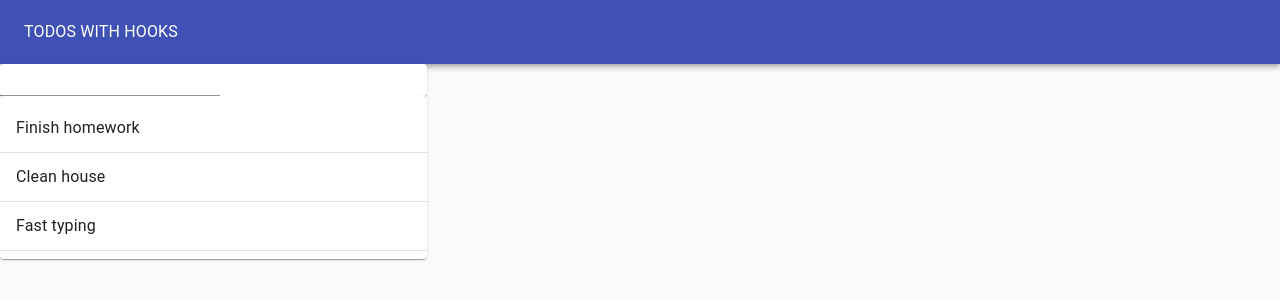
Repository: fulman/todo
Page: /
The author's editor kept a copy of each file at every save. The page is drawn from the files as they stood at one save, then again after the next save.
The browser window is 1280 px wide. The pictures show the whole page.
The project was rebuilt for these pictures with package versions that can differ from the ones it lists, and the page was loaded fresh each time.

Above is the page before, as saved 2020-09-27 13:15:51.

### src/App.js
import React from "react";
import TodoApp from "./TodoApp";

function App() {
  return <TodoApp />;
}

export default App;

### src/TodoApp.js
import React, { useState } from "react";
import Typography from "@material-ui/core/Typography";
import Paper from "@material-ui/core/Paper";
import AppBar from "@material-ui/core/AppBar";
import Toolbar from "@material-ui/core/Toolbar";
import Grid from "@material-ui/core/Grid";
import TodoList from "./TodoList";
import TodoForm from "./TodoForm";

function TodoApp() {
  const initialTodos = [
    { id: 1, task: "Finish homework", completed: false },
    { id: 2, task: "Clean house", completed: true },
    { id: 3, task: "Fast typing", completed: false },
  ];
  const [todos, setTodos] = useState(initialTodos);
  const addTodo = (newTodoText) => {
    setTodos([...todos, { id: 4, task: newTodoText, completed: false }]);
  };
  return (
    <Paper
      style={{
        padding: 0,
        margin: 0,
        height: "100vh",
        backgroundColor: "#fafafa",
      }}
      elevation={0}
    >
      <AppBar color="primary" position="static" style={{ height: "64px" }}>
        <Toolbar>
          <Typography color="inherit">TODOS WITH HOOKS</Typography>
        </Toolbar>
      </AppBar>
      <Grid container>
        <Grid item xs={11} md={8} lg={4} justify="center">
          <TodoForm addTodo={addTodo} />
          <TodoList todos={todos} />
        </Grid>
      </Grid>
    </Paper>
  );
}

export default TodoApp;

### src/TodoList.js
import React from "react";
import Paper from "@material-ui/core/Paper";
import List from "@material-ui/core/List";
import ListItem from "@material-ui/core/ListItem";
import ListItemText from "@material-ui/core/ListItemText";
import Divider from "@material-ui/core/Divider";

function TodoList(props) {
  return (
    <Paper>
      <List>
        {props.todos.map((todo) => (
          <>
            <ListItem>
              <ListItemText>{todo.task}</ListItemText>
            </ListItem>
            <Divider />
          </>
        ))}
      </List>
    </Paper>
  );
}

export default TodoList;

### src/TodoForm.js
import React from "react";
import Paper from "@material-ui/core/Paper";
import TextField from "@material-ui/core/TextField";
import useInputState from "./hooks/useInputState";

function TodoForm({ addTodo }) {
  const [value, handleChange, reset] = useInputState("");
  return (
    <Paper>
      <form
        onSubmit={(e) => {
          e.preventDefault();
          addTodo(value);
          reset();
        }}
      >
        <TextField value={value} onChange={handleChange} />
      </form>
    </Paper>
  );
}
export default TodoForm;

### src/hooks/useInputState.js
import { useState } from "react";

export default (initialValue) => {
  const [value, setValue] = useState(initialValue);
  const handleChange = (e) => {
    setValue(e.target.value);
  };
  const reset = () => {
    setValue("");
  };
  return [value, handleChange, reset];
};

Loaded but not shown: public/index.html (common file); src/index.js (common file); src/index.css (common file); src/serviceWorker.js (common file)

After the next save:
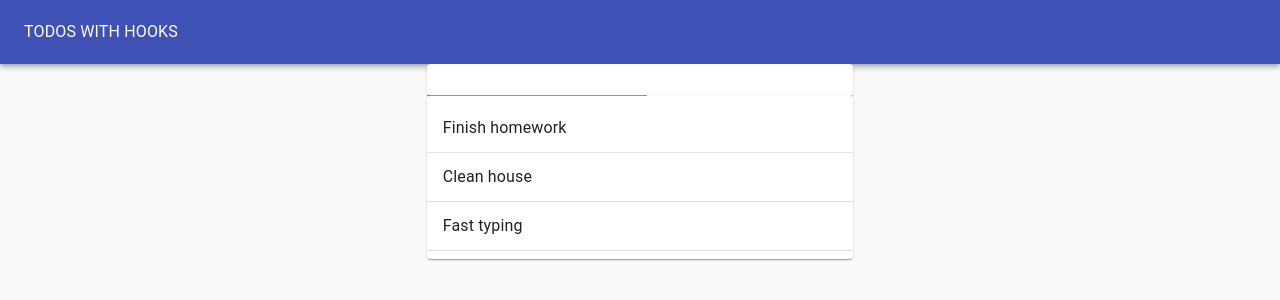
Saved 23 s later.
--- a/src/TodoApp.js
+++ b/src/TodoApp.js
@@ -32,8 +32,8 @@ function TodoApp() {
           <Typography color="inherit">TODOS WITH HOOKS</Typography>
         </Toolbar>
       </AppBar>
-      <Grid container>
-        <Grid item xs={11} md={8} lg={4} justify="center">
+      <Grid container justify="center">
+        <Grid item xs={11} md={8} lg={4}>
           <TodoForm addTodo={addTodo} />
           <TodoList todos={todos} />
         </Grid>
